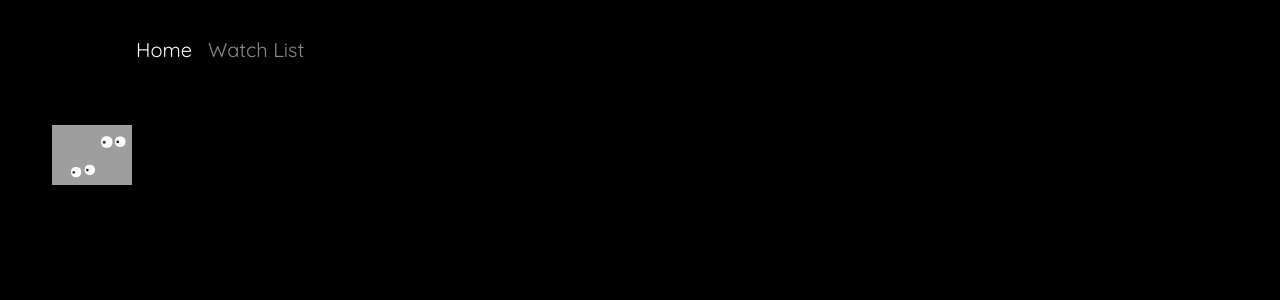
Repository: dangnguyenblackie/Movie-Review-Site
Page: / (app in movie-app/)
These files come from the project's save history. The page is drawn as it stood at one moment and after the next save; the edit follows.
The browser window is 1280 px wide. The pictures show the whole page.
Pictures or frames that could not be fetched are drawn as grey boxes. The page's requests for data from a server got no answer. The project was rebuilt for these pictures with package versions that can differ from the ones it lists, and the page was loaded fresh each time. No one was signed in, and anything a server would have sent is missing. Also part of the build but not shown: movie-app/vite.config.ts.

Above is the page before, as saved 2023-08-10 17:40:10.

### movie-app/index.html
<!doctype html>
<html lang="en">
  <head>
    <meta charset="UTF-8" />
    <link rel="icon" type="image/svg+xml" href="/vite.svg" />
    <meta name="viewport" content="width=device-width, initial-scale=1.0" />
    <title>Movie</title>
  </head>
  <body>
    <div id="root"></div>
    <script type="module" src="/src/main.tsx"></script>
  </body>
</html>

### movie-app/src/main.tsx
import React from 'react'
import ReactDOM from 'react-dom/client'
import App from './App.tsx'
import './index.css'
import 'bootstrap/dist/css/bootstrap.css'
import './App.css'
import { BrowserRouter, Route, Routes } from 'react-router-dom'

ReactDOM.createRoot(document.getElementById('root')!).render(
  <React.StrictMode>
    <BrowserRouter>
      <Routes>
        <Route path='/*' element={<App />} />
      </Routes>
    </BrowserRouter>
  </React.StrictMode>,
)

### movie-app/src/App.tsx
import { Route, Routes } from "react-router-dom";
import Layout from "./components/Layout";
import Home from "./components/home/Home.jsx";
import { useEffect, useState } from "react";
import api from "./api/axiosConfig";
import "./App.css"
import Header from "./components/header/Header.tsx";
const App = () => {

  const [movies, setMovies] = useState();
  const getMovies = async () => {
    try {
      const response = await api.get("/api/v1/movies");
      setMovies(response.data);
    } catch (error) {
      console.log(error);
    }
  };

  useEffect(() => {
    getMovies();
  }, []);

  return (
    <div className="App">
      <Header />
        <Routes>
          <Route path="/" element={<Layout />}>

            <Route path="/" element={<Home movies={movies}/>} />
          </Route>
        </Routes>
    </div>

  );
};

export default App;

### movie-app/src/index.css
/* :root {
  font-family: Inter, system-ui, Avenir, Helvetica, Arial, sans-serif;
  line-height: 1.5;
  font-weight: 400;

  color-scheme: light dark;
  color: rgba(255, 255, 255, 0.87);
  background-color: #242424;

  font-synthesis: none;
  text-rendering: optimizeLegibility;
  -webkit-font-smoothing: antialiased;
  -moz-osx-font-smoothing: grayscale;
  -webkit-text-size-adjust: 100%;
} */

a {
  font-weight: 500;
  color: #646cff;
  text-decoration: inherit;
}
a:hover {
  color: #535bf2;
}


h1 {
  font-size: 3.2em;
  line-height: 1.1;
}

button {
  border-radius: 8px;
  border: 1px solid transparent;
  padding: 0.6em 1.2em;
  font-size: 1em;
  font-weight: 500;
  font-family: inherit;
  background-color: #1a1a1a;
  cursor: pointer;
  transition: border-color 0.25s;
}
button:hover {
  border-color: #646cff;
}
button:focus,
button:focus-visible {
  outline: 4px auto -webkit-focus-ring-color;
}

@media (prefers-color-scheme: light) {
  :root {
    color: #213547;
    background-color: #ffffff;
  }
  a:hover {
    color: #747bff;
  }
  button {
    background-color: #f9f9f9;
  }
}

### movie-app/src/App.css
@import url('https://fonts.googleapis.com/css2?family=Quicksand&display=swap');

*{
  box-sizing: border-box;
  font-family: 'Quicksand', Arial, Helvetica, sans-serif;
}
body{
  padding:0;
  margin:0;
}
.App{
  display: flex;
  flex-direction: column;
  min-height: 100vh;
  background-color: black;
  color:white;
  /* margin-top:10px; */
}

### movie-app/src/components/Layout.tsx
import { Outlet } from "react-router-dom";

const Layout = () => {
  return (
    <main>
      <Outlet />
    </main>
  );
};

export default Layout;

### movie-app/src/components/home/Home.jsx
import Slide from '../slide/Slide'

const Home = ({ movies }) => {
  return (
    <Slide movies={movies} ></Slide>
  )
}

export default Home

### movie-app/src/api/axiosConfig.tsx
import axios from 'axios'

export default axios.create({
    baseURL: "http://localhost:12000/",
    timeout: 1000
})

### movie-app/src/components/header/Header.tsx
import { Container, Nav, Navbar } from "react-bootstrap";
import { NavLink } from "react-router-dom";
import Morty from "../morty/Morty";
import "./Header.css"

const Header = () => {
  return (
    <Navbar bg="black" variant="dark" expand="lg" style={{maxHeight:'100px'}}>
      <Container fluid>
        <Navbar.Brand href="/" style={{maxHeight:"100px", maxWidth:"100px"}}>
          <Morty/>
        </Navbar.Brand>
        <Navbar.Toggle aria-controls="navbarScroll"/>
        <Navbar.Collapse id="navbarScroll">
            <Nav className="me-auto my-2 my-lg-0" style={{maxHeight: '100px', "fontSize":"20px"}} navbarScroll>
              <NavLink className="nav-link" to="/">Home</NavLink>
              <NavLink className="nav-link" to="/watchlist">Watch List</NavLink>
            </Nav>
        </Navbar.Collapse>
      </Container>
    </Navbar>
  )
}

export default Header

### movie-app/src/components/slide/Slide.jsx
import "./Slide.css";
import Carousel from "react-material-ui-carousel";
import { Paper } from "@mui/material";

const Slide = ({ movies }) => {
  return (
    <div className="movie-carousel-container">
      <Carousel>
        {
          movies?.map((movie) => {
            return (
              <Paper>
                <div className="movie-card-container">
                  <div className="movie-card" style={{"--img": `url(${movie.backdrops[0]})`}}>
                    <div className="movie-detail">
                      <div className="movie-poster">
                        <img src={movie.poster} />
                      </div>
                      <div className="movie-title">
                        <h4>{movie.title}</h4>
                      </div>
                    </div>
                  </div>
                </div>
              </Paper>
            );
          })
        }
      </Carousel>
    </div>
  );
};

export default Slide;

### movie-app/src/components/morty/Morty.tsx
import morty from "../../assets/morty.png";
import eye from "../../assets/eye.png";
import { useEffect, useRef, useState } from "react";
import "./Morty.css";
import angle from "./Utils";

const Morty = () => {
  const [coords, setCoords] = useState({ x: 0, y: 0, deg: 0 });
  const anchorRef = useRef<HTMLImageElement>(null);

  var rekt;
  var anchorX: number;
  var anchorY: number;

  useEffect(() => {
    if (anchorRef.current) {
      rekt = anchorRef.current.getBoundingClientRect();
      anchorX = rekt.left + rekt.width / 2;
      anchorY = rekt.top + rekt.height / 2;
    }

    const handleWindowMouseMove = (event: MouseEvent) => {
      setCoords({
        x: event.clientX,
        y: event.clientY,
        deg: 0 + angle(event.clientX, event.clientY, anchorX, anchorY),
      });
    };

    window.addEventListener("mousemove", handleWindowMouseMove);

    return () => {
      window.removeEventListener("mousemove", handleWindowMouseMove);
    };
  }, []);

  return (
    <>
      <div id="rick-and-morty-container">
        <img ref={anchorRef} id="rick-and-morty-anchor" src={morty} />
        <div id="rick-and-morty-eyes">
          <img
            className="rick-and-morty-eye"
            src={eye}
            style={{
              top: "58px",
              right: "-142px",
              transform: `rotate(${coords.deg}deg)`,
            }}
          />
          <img
            className="rick-and-morty-eye"
            src={eye}
            style={{
              top: "47px",
              right: "-208px",
              transform: `rotate(${coords.deg}deg)`,
            }}
          />
          <img
            className="rick-and-morty-eye"
            src={eye}
            style={{
              top: "-88px",
              right: "-291px",
              scale: "115%",
              transform: `rotate(${coords.deg}deg)`,
            }}
          />
          <img
            className="rick-and-morty-eye"
            src={eye}
            style={{
              top: "-90px",
              right: "-356px",
              scale: "106%",
              transform: `rotate(${coords.deg}deg)`,
            }}
          />
        </div>
      </div>
    </>
  );
};

export default Morty;

### movie-app/src/components/header/Header.css
#navbarScroll{
    display: flex;
    justify-content: space-evenly;
}

### movie-app/src/components/slide/Slide.css
.movie-carousel-container{
    width: 100vw;
    background-color: #000;
}

.movie-poster{
    height: 300px;
    border: 0.5px solid rgba(255,255,255,0.5);
    border-radius: 5%;
    overflow: hidden;
}

.movie-poster > img{
    height: 100%;
    width: 100%;

}

.movie-card-container{
    height: 550px;
    background-color: #000;
}

.movie-card{
    background-repeat: no-repeat;
    width: 100%;
    height: 100%;
    background-size: cover;
    background-image: linear-gradient(to bottom, rgba(0,0,0,0), rgba(0,0,0,1)), var(--img
);
}

.movie-detail{
    position: absolute;
    top: 200px;
    display: flex;
    justify-content: space-evenly;
    width: 100%;

}

.movie-title{
    color: #fff;
    display: flex;
    align-items: center;
}

### movie-app/src/components/morty/Morty.css

#rick-and-morty-container{
    display: flex;
    place-items: center;
    position: relative;
    scale: 20%;
}


#rick-and-morty-eyes, #rick-and-morty-eyes img{
    position: absolute;
    border:1px rgba(255, 255, 255, 0);
    border-radius: 50%;
    scale: 103%;
}

#rick-and-morty-container{
    scale: 20%;
    min-height: 100px;
    min-width: 100px;
}

### movie-app/src/components/morty/Utils.ts
export default function angle(
  cx: number,
  cy: number,
  ex: number,
  ey: number
): number {
  const ax = ex - cx;
  const ay = ey - cy;

  const rad = Math.atan2(ay, ax);
  const degree = (rad * 180) / Math.PI;

  return degree;
}

After the next save:
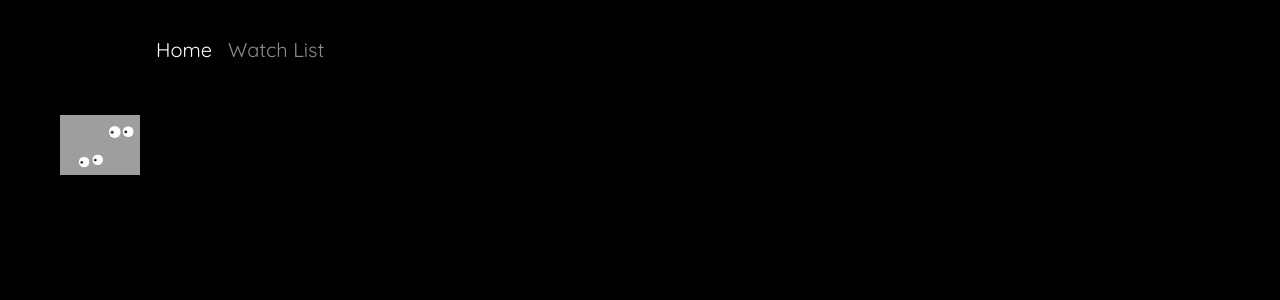
Saved 98 s later.
--- a/movie-app/src/components/header/Header.tsx
+++ b/movie-app/src/components/header/Header.tsx
@@ -7,7 +7,7 @@
   return (
     <Navbar bg="black" variant="dark" expand="lg" style={{maxHeight:'100px'}}>
       <Container fluid>
-        <Navbar.Brand href="/" style={{maxHeight:"100px", maxWidth:"100px"}}>
+        <Navbar.Brand href="/" style={{maxHeight:"120px", maxWidth:"120px"}}>
           <Morty/>
         </Navbar.Brand>
         <Navbar.Toggle aria-controls="navbarScroll"/>
